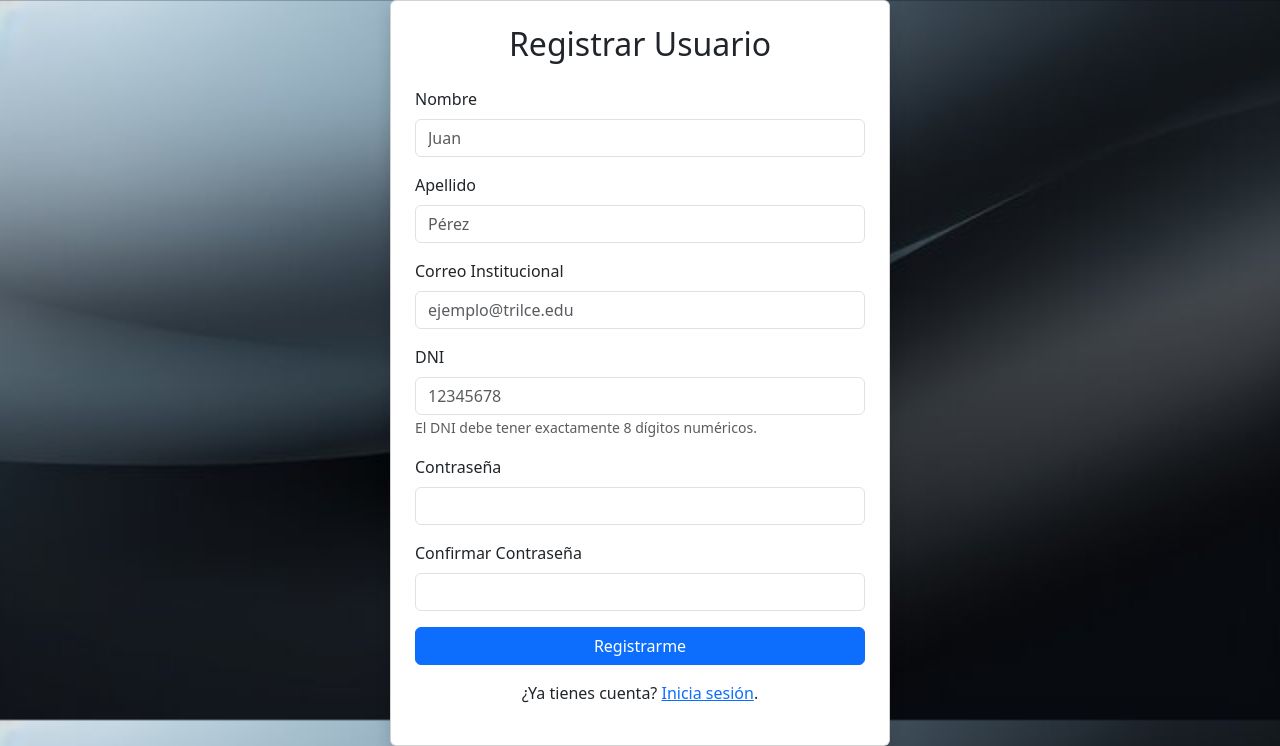
Repository: maycky02/Bibloteca_integrador
Page: http://localhost/registrarme
An editor plug-in stored every save of this project. The page is shown before and after the next save, followed by the edit.
The browser window is 1280 px wide. The pictures show the whole page.
Backgrounds fixed to the window are drawn as part of the page. The page is this project's Thymeleaf template; nobody is signed in. The template is opened directly, without the code that normally fills it, so the values that code supplies are empty.

Above is the page before, as saved 2024-12-03 22:00:59.

After the next save:
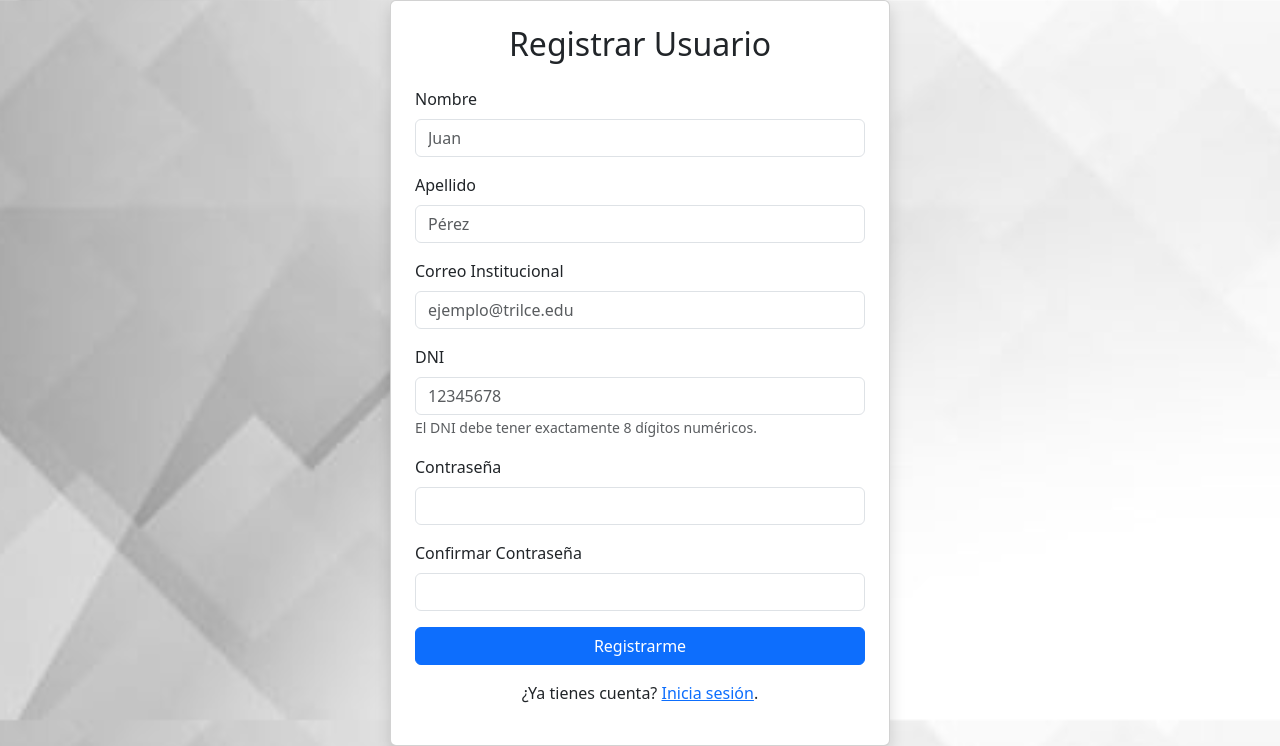
Saved 8 min 53 s later.
--- a/Bibloteca/src/main/resources/templates/registrarme.html
+++ b/Bibloteca/src/main/resources/templates/registrarme.html
@@ -12,7 +12,7 @@
             align-items: center;
             min-height: 100vh;
             margin: 0;
-            background: url('/img/fondo_inicio.jpg') no-repeat center center fixed;
+            background: url('/img/f_2.jpg') no-repeat center center fixed;
             background-size: cover; /* Ajusta la imagen al tamaño de la pantalla */
         }
     </style>
